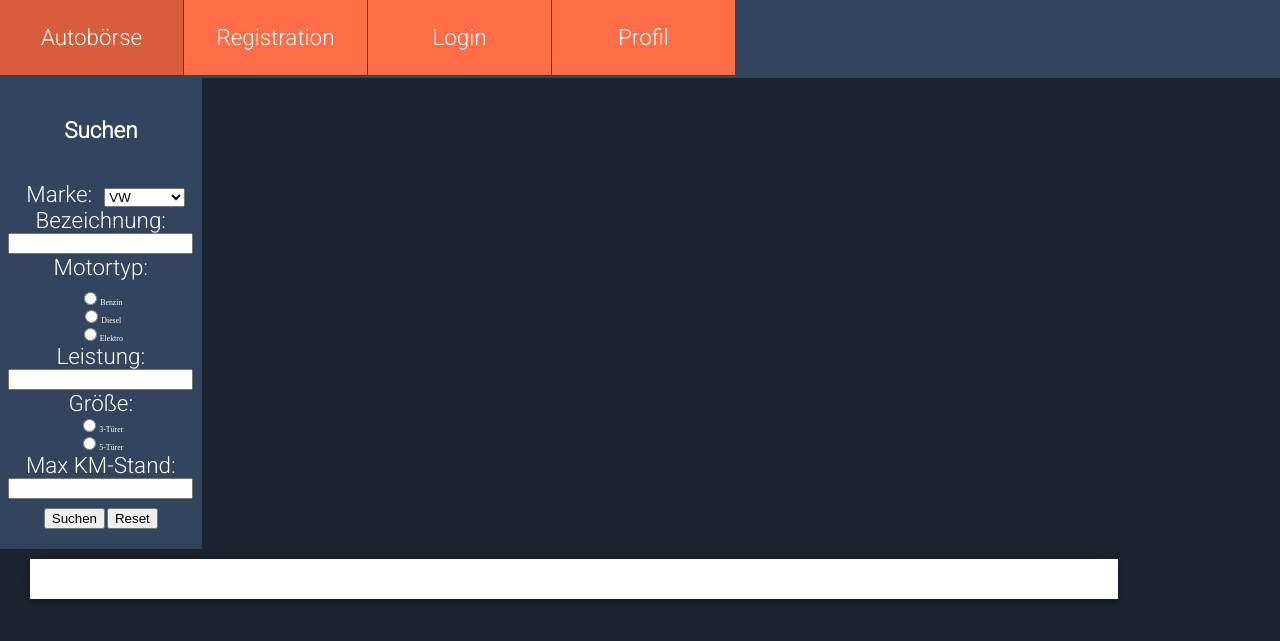
Repository: Turkelten/CarAdminstration
Page: http://localhost/Autobörse/index.jsp
An editor plug-in stored every save of this project. The page is shown before and after the next save, followed by the edit.
The browser window is 1280 px wide. The pictures show the whole page.
The page is served by Tomcat 9.

Above is the page before, as saved 2020-07-19 21:06:20.

After the next save:
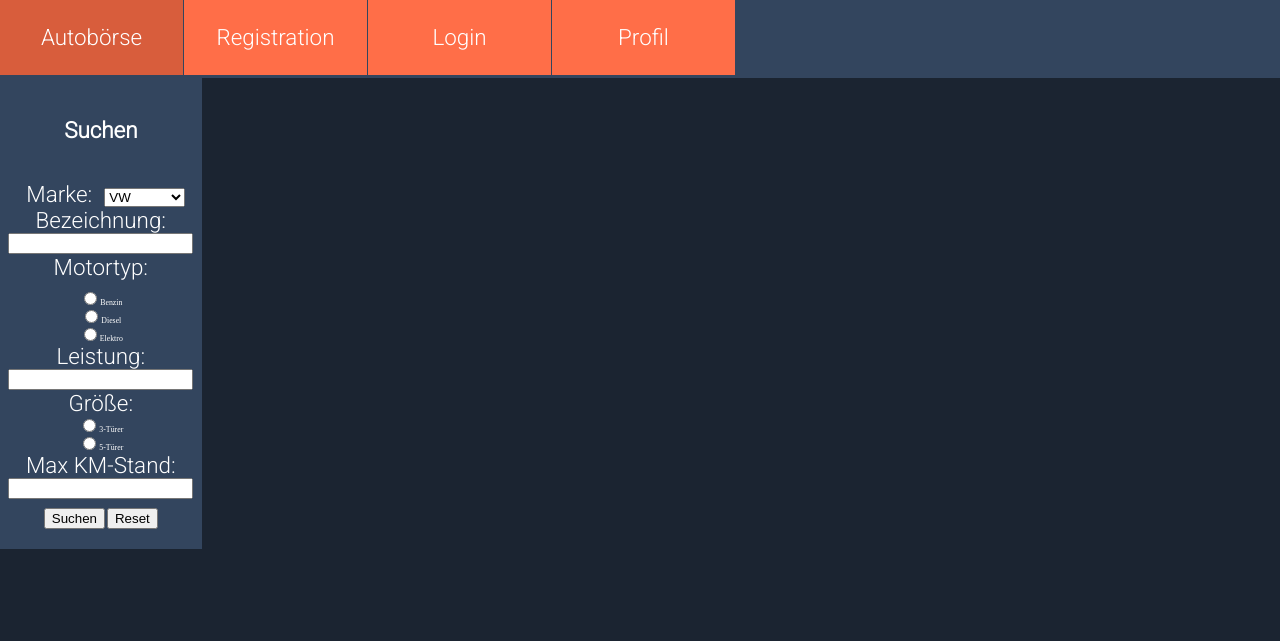
Saved 8 s later.
--- a/Autobörse/WebContent/index.jsp
+++ b/Autobörse/WebContent/index.jsp
@@ -13,7 +13,7 @@
 	<div class="page">
 		<jsp:include page="searchBar.jsp" />
 		<div class="user-page">
-		  	<div class="anzeige" Style="display:'none'">
+		  	<div class="anzeige" Style="display:none">
 
 			</div>
 		</div>
